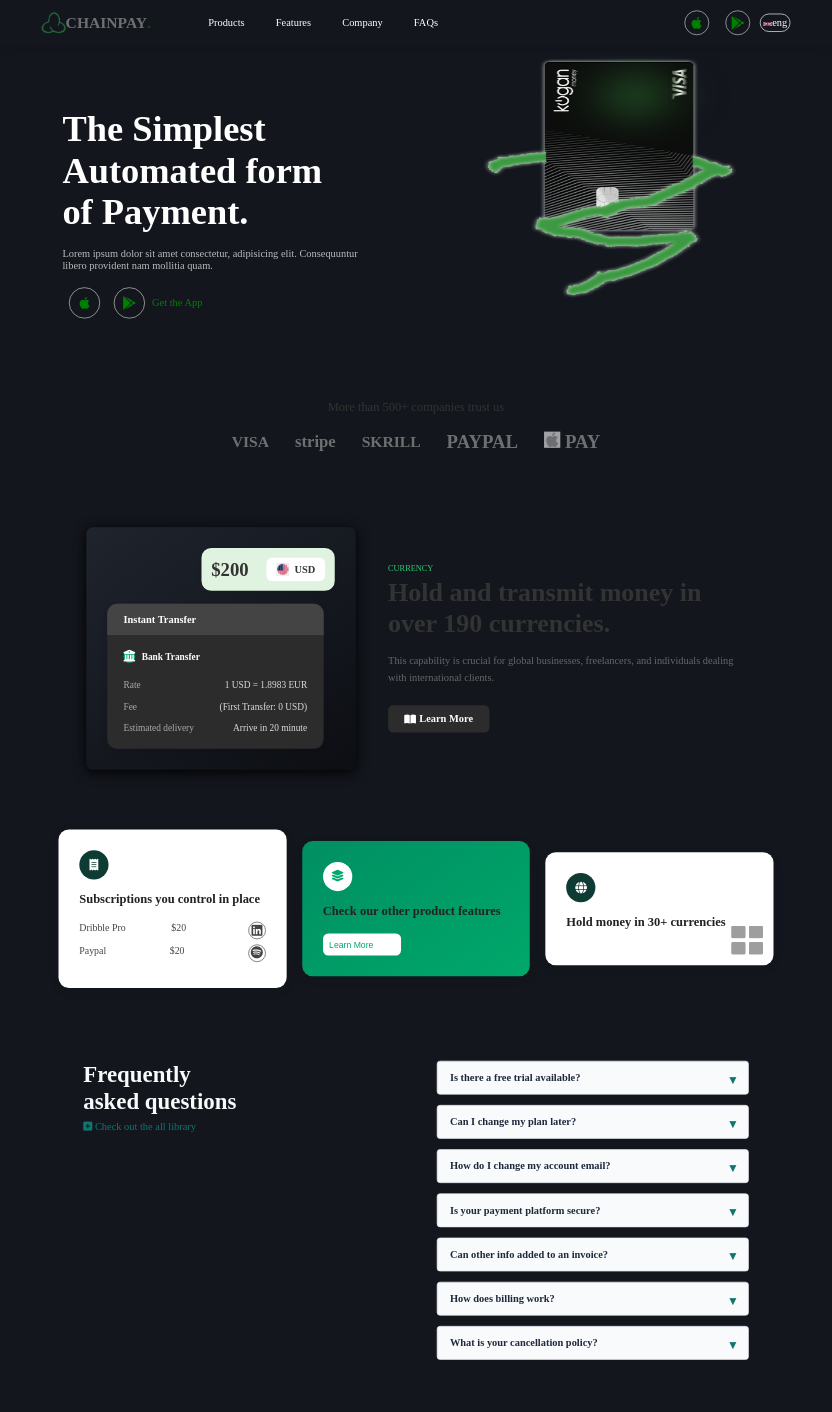
Repository: Austinokezie/Fintech-landing-page
Page: Chainpay.html
The author's editor kept a copy of each file at every save. The page is drawn from the files as they stood at one save, then again after the next save.
The browser window is 1280 px wide. The pictures show the whole page, at 65% of full size.
Pictures or frames that could not be fetched are drawn as grey boxes. Some web libraries are served in a nearby version.

Above is the page before, as saved 2025-10-15 23:21:05.

### Chainpay.html
<!DOCTYPE html>
<html lang="en">
<head>
    <meta charset="UTF-8">
    <meta name="viewport" content="width=device-width, initial-scale=1.0">
    <title>Document</title>
    <link rel="stylesheet" href="./Chainpay.css">
    <script src="https://kit.fontawesome.com/988c5ad863.js" crossorigin="anonymous"></script>
</head>
<body>
    <nav>
        <div class="left">
            <div class="logo">
                <img src="./images/logo.png" alt="logo image">

                <span>Chainpay</span><span class="dot">.</span>

            </div>
            <ul class="links">
                <li class="link">Products</li>
                <li class="link">Features</li>
                <li class="link">Company</li>
                <li class="link">FAQs</li>

            </ul>
        </div>

        <div class="btn">
            <i class="fa-brands fa-apple"></i>
            <i class="fa-brands fa-google-play"></i>
            <div class="flag">
                <a href=""><img src="./images/Flag_of_the_United_Kingdom_(1-2).svg.png" alt="flag"><span>eng</span></a>


            </div>

        </div>
    </nav>
    <main>
        <div class="introsection">
            <h1>
                <p>The Simplest</p>
                <p>Automated form</p>
                <p>of Payment.</p>
            </h1>
            <p class="describe">Lorem ipsum dolor sit amet consectetur, adipisicing elit. Consequuntur libero provident nam mollitia quam.</p>
            <div class="btnicons">
                <i class="fa-brands fa-apple"></i>
                <i class="fa-brands fa-google-play"></i>
                <a href="#">Get the App</a>
            </div>
            <!-- <div>
                <button class="btn"> Get Started</button>
                <button class="btn"> Discover More</button>
            </div> -->
        </div>
        <div class="imagesection">
            <img src="./images/card.png" alt="">
        </div>
    </main>
   <section class="trust-section">
      <p class="trust-statement">More than 500+ companies trust us</p>
       <div class="payment-logos">
          <span class="logo visa">VISA</span>
          <span class="logo stripe">stripe</span>
          <span class="logo skrill">Skrill</span>
          <span class="logo paypal">PayPal</span>
          <span class="logo apple-pay"><img src="./images/Apple logo.jpg" alt=""> Pay</span>
        </div>
   </section>
    <section class="currency-feature-section">
            <div class="demo-section">
                <div class="input-card">
                    <span class="amount">$200</span>
                        <div class="currency-selector">
                            <img src="./images/USA FLAG2.jpeg" alt="US Flag" class="flag-icon">
                             <span class="currency-code">USD</span>

                        </div>
                </div>

                <div class="transfer-details-card">
                      <div class="card-header">
                         <span class="header-text">Instant Transfer</span>
                       </div>
                    <div class="transfer-info">
                        <div class="info-line bank-transfer">
                          <span class="icon "><i class="fa-solid fa-building-columns bank-icon"></i></span>
                         <span class="text">Bank Transfer</span>
                       </div>
                       <div class="info-line detail-row">
                          <span class="label">Rate</span>
                          <span class="value">1 USD = 1.8983 EUR</span>
                       </div>
                        <div class="info-line detail-row">
                          <span class="label">Fee</span>
                          <span class="value">(First Transfer: 0 USD)</span>
                       </div>
                       <div class="info-line detail-row">
                          <span class="label">Estimated delivery</span>
                         <span class="value">Arrive in 20 minute</span>
                        </div>
                   </div>
               </div>
            </div>

        <div class="content-section">
               <p class="tagline">Currency</p>
               <h2 class="headline">Hold and transmit money in over 190 currencies.</h2>
               <p class="description">This capability is crucial for global businesses, freelancers, and individuals dealing with international clients.</p>
               <button class="cta-button">
                  <span class="icon learn-icon"><i class="fa-solid fa-book-open"></i></span>
                   Learn More
               </button>
        </div>
    </section>

    <section class="features">
          <div class="card">
               <div class="card-icon">
                 <i class="fa-solid fa-receipt"></i>
                </div>
                <h3>Subscriptions you control in place</h3>
                <div class="card-footer">
                   <div class="item">
                      <span class="text">Dribble Pro</span>
                       <span class="amt">$20</span>
                       <span>
                            <i class="fa-brands fa-linkedin"></i>
                        </span>
                  </div>
                  <div class="item">
                      <span class="text">Paypal</span>
                      <span class="paypal-amt">$20</span>
                      <span>
                          <i class="fa-brands fa-spotify"></i>
                      </span>
                   </div>
               </div>
           </div>

           <div class="card active">
               <div class="card-icon">
                  <i class="fa-solid fa-layer-group"></i>
                </div>
                <h3>Check our other product features</h3>
                <button class="learn-more">
                  Learn More
               </button>
            </div>

           <div class="card">
               <div class="card-icon">
                 <i class="fa-solid fa-globe"></i>
               </div>
               <h3>Hold money in 30+ currencies</h3>
               <div class="flag-icons">
                  <img src="https://flagcdn.com/w40/gb.png" alt="UK">
                  <img src="https://flagcdn.com/w40/us.png" alt="US">
                  <img src="https://flagcdn.com/w40/ca.png" alt="Canada">
                  <img src="https://flagcdn.com/w40/eu.png" alt="EU">
              </div>
           </div>
    </section>
    <section class="faq-section">
                <div class="faq-header">
                   <h1>Frequently</h1>
                   <h1>asked questions</h1>
                   <p><i class="fas fa-plus-square"></i> Check out the all library</p>
               </div>
                <div class="faq-content">

                   <details class="qa-item">
                      <summary class="question">Is there a free trial available?</summary>
                      <p class="answer">Our user friendly dashboard provides an overview...</p>
                  </details>

                   <details class="qa-item">
                      <summary class="question">Can I change my plan later?</summary>
                      <p class="answer">Yes, you can upgrade, downgrade, or change your plan at any time through your dashboard settings. Changes are effective immediately or at the start of your next billing cycle, depending on the modification.</p>
                  </details>

                  <details class="qa-item">
                     <summary class="question">How do I change my account email?</summary>
                     <p class="answer">You can update your registered email address in the 'Account Settings' section of your profile. For security, you may need to confirm the change via a verification link sent to both the old and new email addresses.</p>
                  </details>

                   <details class="qa-item">
                      <summary class="question">Is your payment platform secure?</summary>
                      <p class="answer">Absolutely. We use industry-leading encryption and partner with certified payment processors (e.g., Stripe, PayPal) to ensure all your transaction details are handled securely and are PCI compliant.</p>
                   </details>

                   <details class="qa-item">
                       <summary class="question">Can other info added to an invoice?</summary>
                      <p class="answer">Yes, you can specify custom information, such as a PO number, VAT ID, or project reference, to be included on your invoices. This can typically be managed in your billing preferences.</p>
                   </details>

                  <details class="qa-item">
                      <summary class="question">How does billing work?</summary>
                      <p class="answer">Billing is handled on a monthly or annual subscription basis, depending on your chosen plan. You will be charged automatically on your renewal date, and invoices are available immediately in your account portal.</p>
                  </details>

                 <details class="qa-item">
                      <summary class="question">What is your cancellation policy?</summary>
                      <p class="answer">You can cancel your subscription at any time. Your service will remain active until the end of the current paid billing period, and you will not be charged again.</p>
                  </details>

                </div>
    </section>


</body>
</html>

Loaded but not shown: Chainpay.css (765 lines, source omitted)

After the next save:
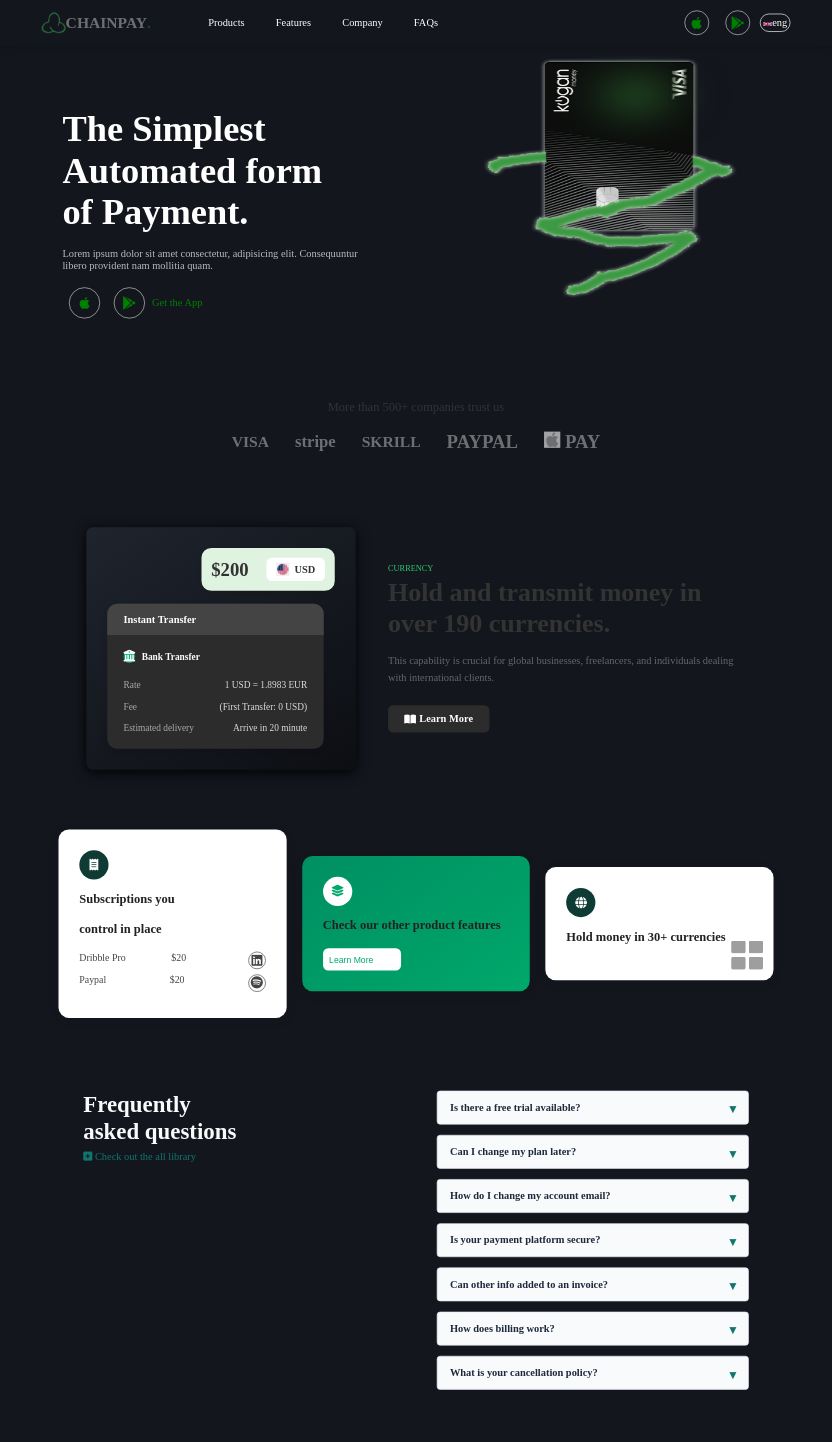
Saved 85 s later.
--- a/Chainpay.html
+++ b/Chainpay.html
@@ -120,7 +120,8 @@
                <div class="card-icon">
                  <i class="fa-solid fa-receipt"></i>
                 </div>
-                <h3>Subscriptions you control in place</h3>
+                <h3>Subscriptions you </h3>
+                <h3>control in place</h3>
                 <div class="card-footer">
                    <div class="item">
                       <span class="text">Dribble Pro</span>
@@ -163,6 +164,7 @@
            </div>
     </section>
     <section class="faq-section">
+
                 <div class="faq-header">
                    <h1>Frequently</h1>
                    <h1>asked questions</h1>
